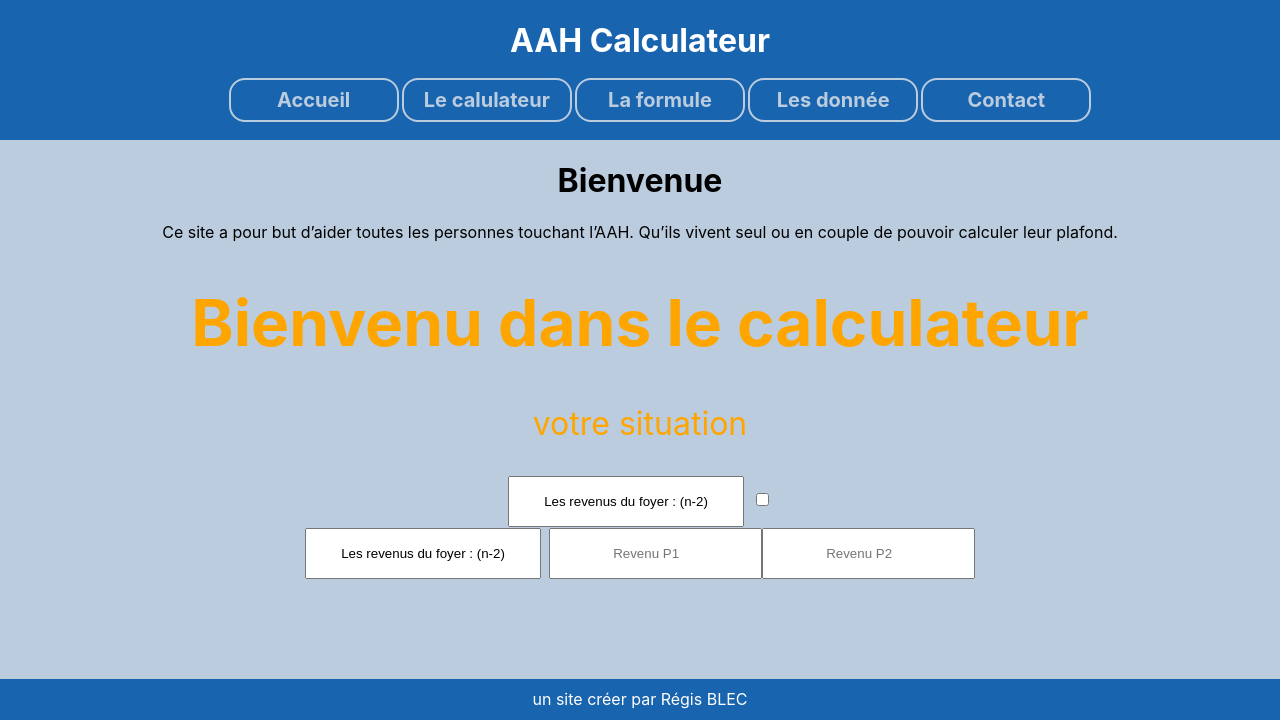
Repository: Cide74/calculateur-aah
Page: /
The author's editor kept a copy of each file at every save. The page is drawn from the files as they stood at one save, then again after the next save.
The browser window is 1280 px wide. The pictures show the whole page.
The project was rebuilt for these pictures with package versions that can differ from the ones it lists, and the page was loaded fresh each time.

Above is the page before, as saved 2021-04-05 17:35:18.

After the next save:
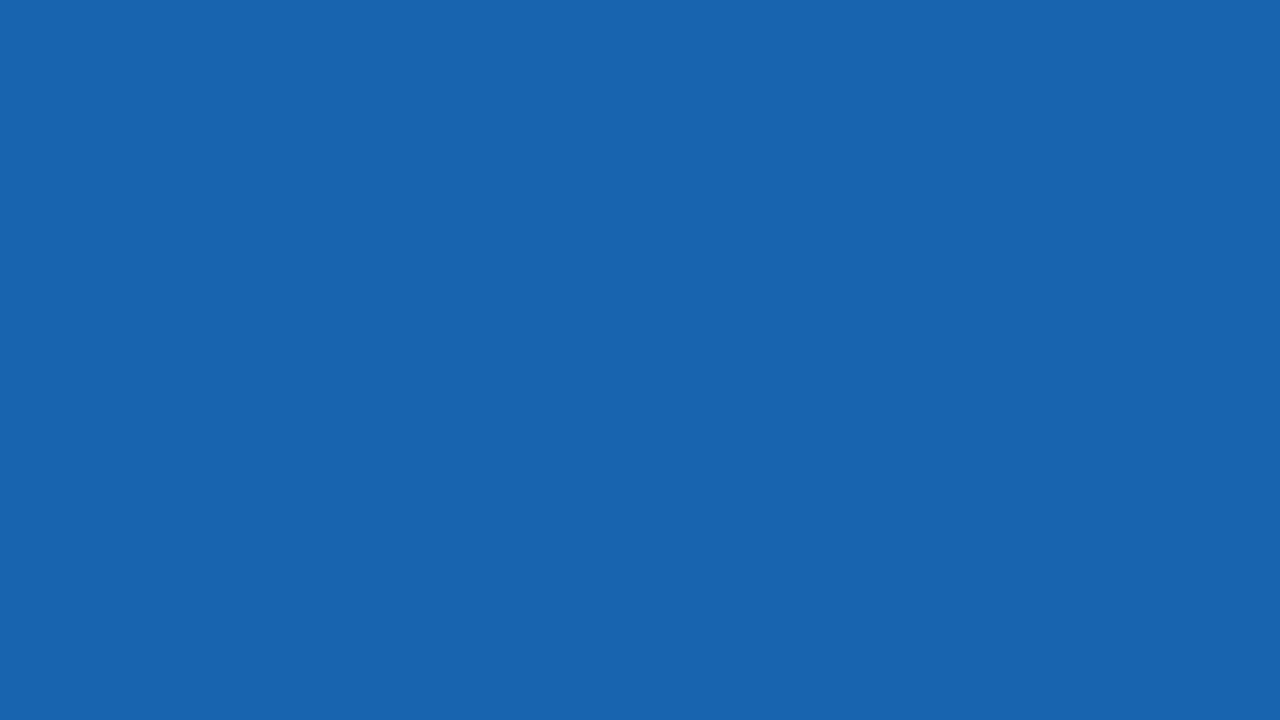
Console error: ReferenceError: Switch is not defined
Saved 56 s later.
--- a/src/components/Calculator/Calculator.js
+++ b/src/components/Calculator/Calculator.js
@@ -24,17 +24,10 @@
               name='revenu-text'
             />
 
-      <input
-        className="react-switch-checkbox"
-        id={`react-switch-new`}
-        type="checkbox"
+      <Switch
+        isOn={value}
+        handleToggle={() => setValue(!value)}
       />
-      <label
-        className="react-switch-label"
-        htmlFor={`react-switch-new`}
-      >
-        <span className={`react-switch-button`} />
-      </label>
 
           </div>
         </form>

After the 3 saves that followed:
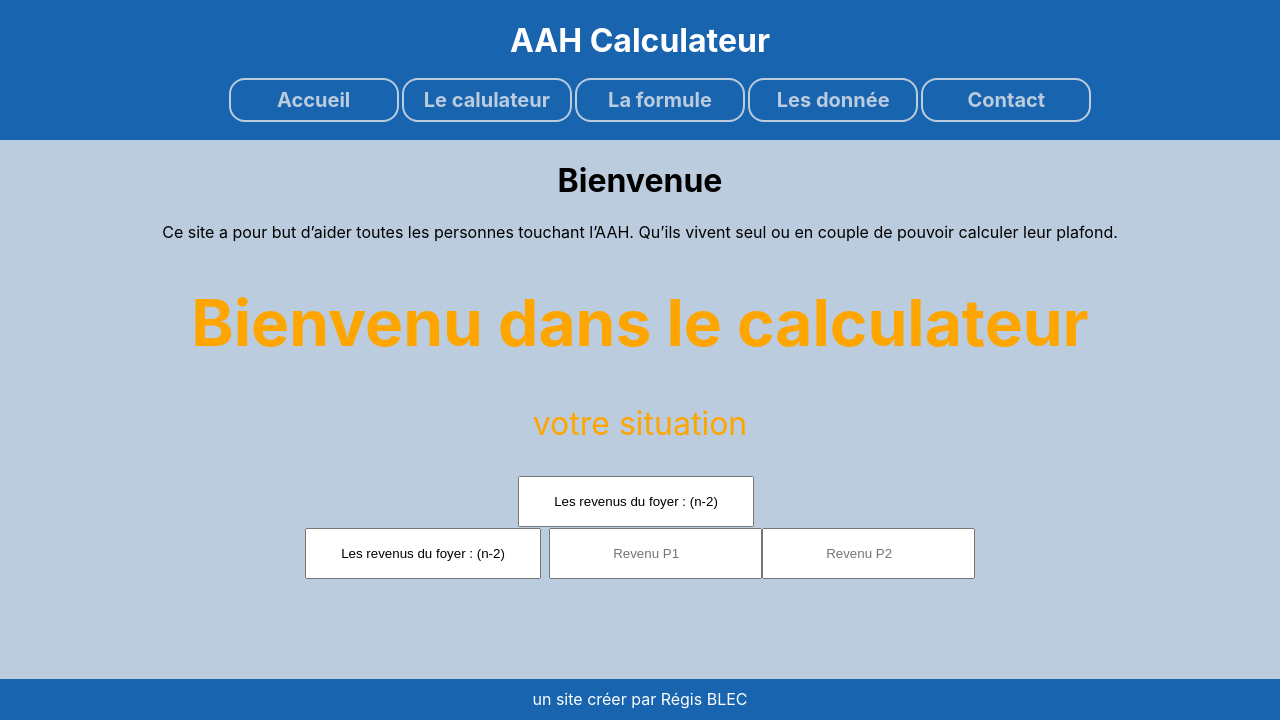
The error is gone.
The 3 saves are shown as one change because 1 left the picture as it was and some came seconds apart.
The last was saved 29 s later.
--- a/src/components/Calculator/Calculator.js
+++ b/src/components/Calculator/Calculator.js
@@ -24,10 +24,7 @@
               name='revenu-text'
             />
 
-      <Switch
-        isOn={value}
-        handleToggle={() => setValue(!value)}
-      />
+
 
           </div>
         </form>
